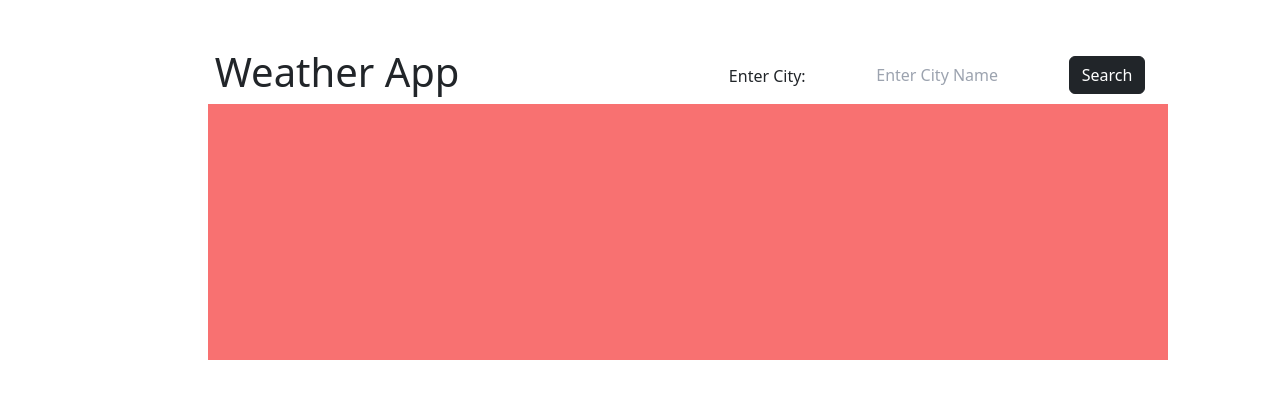
Repository: bhaveshtrades/weatherapp
Page: /
These files come from the project's save history. The page is drawn as it stood at one moment and after the next save; the edit follows.
The browser window is 1280 px wide. The pictures show the whole page.
The project was rebuilt for these pictures with package versions that can differ from the ones it lists, and the page was loaded fresh each time. Also part of the build but not shown: src/components/DetailedWeather.jsx, src/components/HourlyForecast.jsx.

Above is the page before, as saved 2023-01-25 00:57:33.

After the next save:
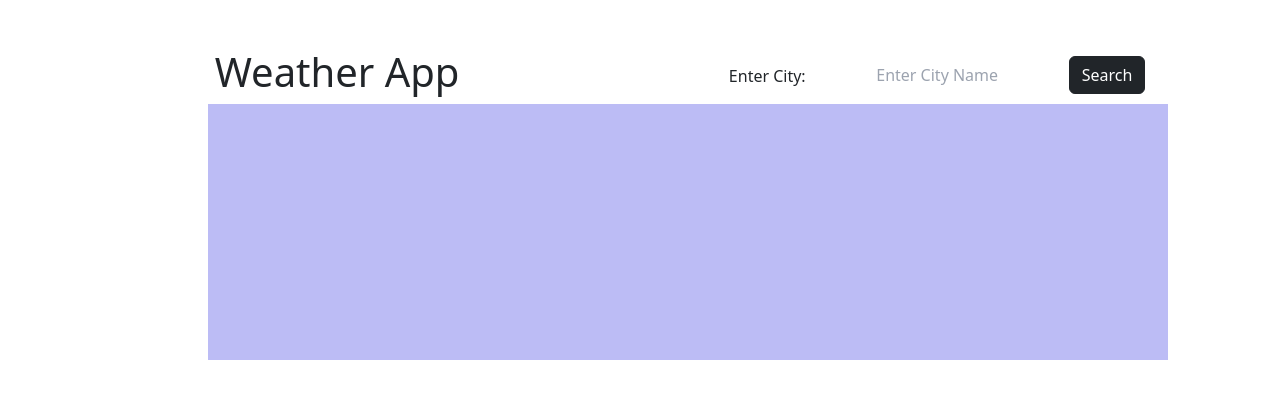
Saved 20 s later.
--- a/src/App.css
+++ b/src/App.css
@@ -11,3 +11,8 @@ body{
   background-color: rgb(188, 188, 245);
   border-radius: 14px;
 }
+
+.forecastingDiv{
+
+  background-color: rgb(188, 188, 245);
+}
